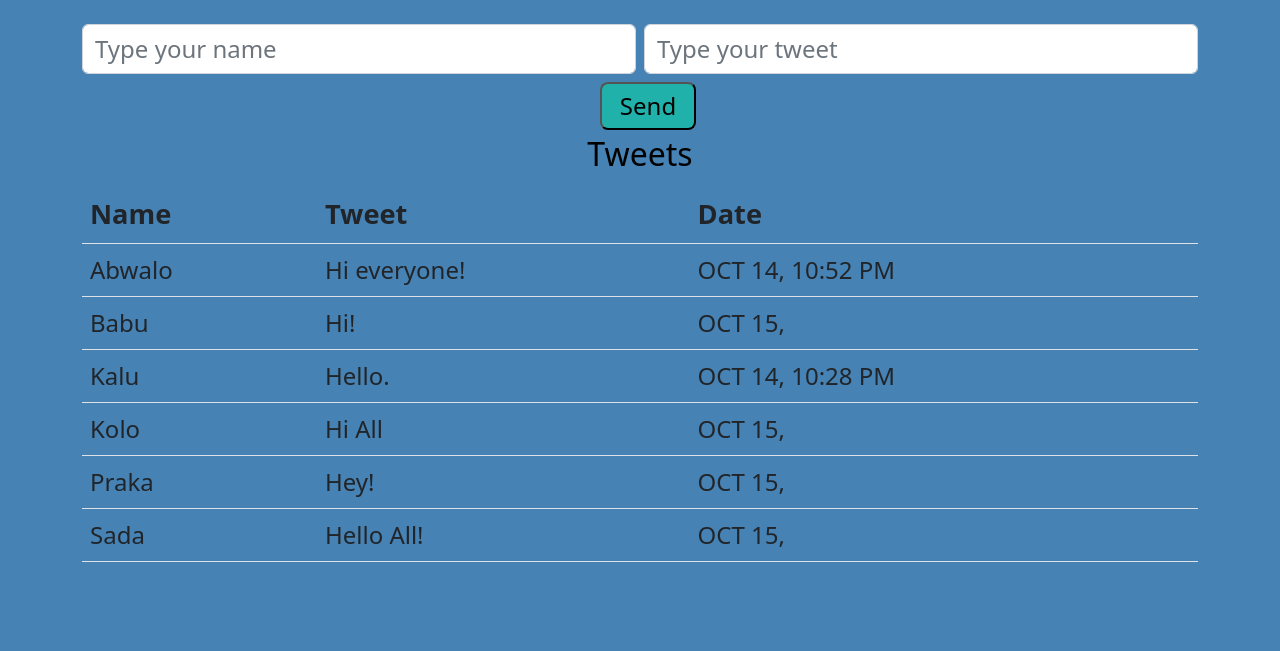
Repository: ShindanoSingi/poor-man-tweeter
Page: http://localhost/
An editor plug-in stored every save of this project. The page is shown before and after the next save, followed by the edit.
The browser window is 1280 px wide. The pictures show the whole page.
Some web libraries are served in a nearby version. The page is served by the project's application, run on Django 4.2 (poormantweeter/manage.py). Other server files are loaded and not shown. The page reads the database file committed with the project.

Above is the page before, as saved 2022-10-14 19:37:55.

### poormantweeter/poormantweeterapp/templates/poormantweeterapp/index.html
<!DOCTYPE html>
<html lang="en">
<head>
  <meta charset="UTF-8">
  <meta name="viewport" content="width=device-width, initial-scale=1.0">
  <title>Poor Man's Tweeter</title>


  {% comment %} <script src="https://cdn.tailwindcss.com"></script> {% endcomment %}
  <link href="https://cdn.jsdelivr.net/npm/bootstrap@5.2.2/dist/css/bootstrap.min.css" rel="stylesheet" integrity="sha384-Zenh87qX5JnK2Jl0vWa8Ck2rdkQ2Bzep5IDxbcnCeuOxjzrPF/et3URy9Bv1WTRi" crossorigin="anonymous">
  <link type="text/css"  href="/css/style.css">
  <script src="https://cdn.jsdelivr.net/npm/bootstrap@5.2.2/dist/js/bootstrap.bundle.min.js" integrity="sha384-OERcA2EqjJCMA+/3y+gxIOqMEjwtxJY7qPCqsdltbNJuaOe923+mo//f6V8Qbsw3" crossorigin="anonymous"></script>

  <script src="https://cdn.jsdelivr.net/npm/vue@2.7.10"></script>
  <script src="https://cdnjs.cloudflare.com/ajax/libs/axios/1.1.2/axios.min.js" integrity="sha512-bHeT+z+n8rh9CKrSrbyfbINxu7gsBmSHlDCb3gUF1BjmjDzKhoKspyB71k0CIRBSjE5IVQiMMVBgCWjF60qsvA==" crossorigin="anonymous" referrerpolicy="no-referrer"></script>

</head>
<body class="bg-[gainsboro]">
  <div id="app" class="container mt-4">
    <div class="input-textArea-bubmitButton">
      <div class="mb-2 input-textArea">
        <input v-model="author_text" type="text" id="author_text" class="form-control" placeholder="Type your name" >
        <input v-model="body_text" type="text" id="body_text" class="form-control" placeholder="Type your tweet">
    </div>
    <div class="send-button"><button type="button" class="submit-button" v-on:click="saveTweet">Send</button></div>
    </div>

    <table class="table max-w-10xl caption-top">
      <caption class="title">Tweets</caption>
      <thead class="mx-auto">
        <tr>
          <th scope="col">Name</th>
          <th scope="col">Tweet</th>
          <th scope="col">Date</th>
        </tr>
      </thead>
      <tbody>
        <tr v-for="tweet of tweets">
          <td >[[ tweet.author ]]</td>
          <td class="tdbody">[[ tweet.body ]]</td>
          <td>[[ tweet.date ]]</td>
        </tr>
      </tbody>
    </table>
  </div>


    <script>
      let app = new Vue({
        el: '#app',
        delimiters: ['[[', ']]'],
        data: {
          tweets: [],
          author_text: '',
          body_text: '',

        },
        methods: {
        saveTweet: function() {
          axios({
            url: "{% url 'poormantweeterapp:save_tweet' %}",
            method: 'post',
            data: {
              author_text: this.author_text,
              body_text: this.body_text,
            },
            headers:{
              'X-CSRFToken':'{{ csrf_token }}'
            }
          }).then(response => {
            console.log('response.data');
          })

          // Reload the page
          location.reload();
        }
        },
        created: function(){
          axios({
            url: "{% url 'poormantweeterapp:tweets' %}",
            method: 'get',
          }).then(response => {

            // Tweet array object
            this.tweets = [];

            // Assign the response from API to data.
            let data = response.data.tweet_items;

            // Loop through data array of objects and extract author name, tweet and date.
            for (let i = 0; i < data.length; i++) {
              let newDate = new Date(data[i].date)
              let stringDate = newDate.toString().split(' ')[1] + ' ' + newDate.toString().split(' ')[2];
              let hour = newDate.toString().split(' ')[4].substring(0,2)

              //let formattedAuthorName = ''
              //formattedAuthorName = data[i].author.charAt(0).toUpperCase() + data[i].author.substring(1)

              // Format time to show  from 1 to 12 AM or PM
              let time = '';
              if(hour === '12'){
                time += '12' + ':' + newDate.toString().split(' ')[4].substring(3,5) + ' PM'
              }
              if(hour === '13'){
                time += '1' + ':' + newDate.toString().split(' ')[4].substring(3,5) + ' PM'
              }
              if(hour === '14'){
                time += '2' + ':' + newDate.toString().split(' ')[4].substring(3,5) + ' PM'
              }
              if(hour === '15'){
                time += '3' + ':' + newDate.toString().split(' ')[4].substring(3,5) + ' PM'
              }
              if(hour === '16'){
                time += '4' + ':' + newDate.toString().split(' ')[4].substring(3,5) + ' PM'
              }
              if(hour === '17'){
                time += '5' + ':' + newDate.toString().split(' ')[4].substring(3,5) + ' PM'
              }
              if(hour === '18'){
                time += '6' + ':' + newDate.toString().split(' ')[4].substring(3,5) + ' PM'
              }
              if(hour === '19'){
                time += '7' + ':' + newDate.toString().split(' ')[4].substring(3,5) + ' PM'
              }
              if(hour === '20'){
                time += '8' + ':' + newDate.toString().split(' ')[4].substring(3,5) + ' PM'
              }
              if(hour === '21'){
                time += '9' + ':' + newDate.toString().split(' ')[4].substring(3,5) + ' PM'
              }
              if(hour === '22'){
                time += '10' + ':' + newDate.toString().split(' ')[4].substring(3,5) + ' PM'
              }
              if(hour === '23'){
                time += '11' + ':' + newDate.toString().split(' ')[4].substring(3,5) + ' PM'
              }
              if(hour === '24'){
                time += '12' + ':' + newDate.toString().split(' ')[4].substring(3,5) + ' AM'
              }
              if(hour === '01'){
                time += '1' + ':' + newDate.toString().split(' ')[4].substring(3,5) + ' AM'
              }
              if(hour === '02'){
                time += '2' + ':' + newDate.toString().split(' ')[4].substring(3,5) + ' AM'
              }
              if(hour === '03'){
                time += '3' + ':' + newDate.toString().split(' ')[4].substring(3,5) + ' AM'
              }
              if(hour === '04'){
                time += '4' + ':' + newDate.toString().split(' ')[4].substring(3,5) + ' AM'
              }
              if(hour === '05'){
                time += '5' + ':' + newDate.toString().split(' ')[4].substring(3,5) + ' AM'
              }
              if(hour === '06'){
                time += '6' + ':' + newDate.toString().split(' ')[4].substring(3,5) + ' AM'
              }
              if(hour === '07'){
                time += '7' + ':' + newDate.toString().split(' ')[4].substring(3,5) + ' AM'
              }
              if(hour === '08'){
                time += '8' + ':' + newDate.toString().split(' ')[4].substring(3,5) + ' AM'
              }
              if(hour === '09'){
                time += '9' + ':' + newDate.toString().split(' ')[4].substring(3,5) + ' AM'
              }
              if(hour === '10'){
                time += '10' + ':' + newDate.toString().split(' ')[4].substring(3,5) + ' AM'
              }
              if(hour === '11'){
                time += '11' + ':' + newDate.toString().split(' ')[4].substring(3,5) + ' AM'
              }

              // Format date
              let formattedDate = stringDate.toUpperCase() + ', ' + time;

              // Push data of interest in an array of objects
              this.tweets.push({
                author: data[i].author,
                body: data[i].body,
                date: formattedDate,
            })
          }
        });
        }
      });
    </script>


    {% comment %} Stylesheet {% endcomment %}
    <style>

      body {
        background-color: steelblue;
      }

      .container {
        margin: 0 auto;
      }

      @media (min-width: 320px) {

        .title{
          font-size: 1.2rem;
          text-align: center;
          color: black;
        }

      .container {
        margin: 0 auto;
      }

      th{
        font-size: 1rem;
      }

      td{
        font-size: 0.8rem;
      }

      .submit-button{
        width: 4.5rem;
        height: 2rem;
        border-radius: 0.5rem;
        background-color: lightseagreen;
        font-size: 1rem;
      }

      .input-textArea{
        display: flex;
        align-items: center;
        gap:  0.5rem;
      }
    }

    @media (min-width: 375px) {

      .title{
        font-size: 1.5rem;
        text-align: center;
        color: black;
      }

    .container {
      margin: 0 auto;
    }

    th{
      font-size: 1.2rem;
    }

    td{
      font-size: 1rem;
    }

    input[type='text']{
      font-size: 1rem;
    }
  }

  @media (min-width: 768px) {

    .title{
      font-size: 2rem;
      text-align: center;
      color: black;
    }

    input::placeholder{
      font-size: 1.5rem;
    }

    .container {
      margin: 0 auto;
    }

  th{
    font-size: 1.6rem;
  }

  td{
    font-size: 1.5rem;
  }

  .submit-button{
    width: 6rem;
    height: 3rem;
    border-radius: 0.5rem;
    background-color: lightseagreen;
    font-size: 1.5rem;
  }

  input[type='text']{
    font-size: 1.2rem;
  }

  #body_text::placeholder{
    font-size: 1.5rem;
    background-color
    display: flex;
    align-items: center;
    gap:  0.5rem;
  }
}

@media (min-width: 1024px) {

  .title{
    font-size: 2rem;
    text-align: center;
    color: black;
  }

  .container {
    margin: 0 auto;
  }

th{
  font-size: 1.7rem;
}

td{
  font-size: 1.5rem;
}

.send-button{
  width: 5rem;
  height: 2.5rem;
  border-radius: 0.5rem;
  background-color: lightseagreen;
  font-size: 1.2rem;
  margin: 0 auto;
}

input[type='text']{
  font-size: 1.5rem;
}

#body_text::placeholder{
  font-size: 1.5rem;
  background-color
  display: flex;
  align-items: center;
  gap:  0.5rem;
}
}
    </style>

</body>
</html>

### poormantweeter/poormantweeterapp/views.py
from django.utils import timezone
import json
from django.shortcuts import render
from django.http import HttpResponse, JsonResponse
from .models import Tweet


# Create your views here.
def index(request):
     return render(request, 'poormantweeterapp/index.html')

# get all tweets ==> this is basically a GET request.
def tweets(request):

     # Order data by author name and date.
     tweet_items = Tweet.objects.order_by("author", "date")

     # Create a dictionary to hold all the tweets.
     data = {
          'tweet_items':[]
     }

     # Loop through all the tweets and add them to the dictionary.
     for tweet_item in tweet_items:
          data['tweet_items'].append({
               'author': tweet_item.author,
               'body': tweet_item.body,
               'date': tweet_item.date,
          })

     return JsonResponse(data)

def save_tweet(request):

     data = json.loads(request.body)

     author_text = data['author_text']
     body_text = data['body_text']

     # Ensure both author input text and body text have data before saving to the database.
     if ((len(author_text) > 0) and (len(body_text) > 0)):

          # Capture the new tweet object to the database
          tweet_item = Tweet(author=author_text, body=body_text, date=timezone.now())

          # Save input information to the database.
          tweet_item.save()

     else:
          print ('Ok')

### poormantweeter/poormantweeter/urls.py

from django.contrib import admin
from django.urls import path, include

urlpatterns = [
    path('admin/', admin.site.urls),
    path('', include('poormantweeterapp.urls'))
]

### poormantweeter/poormantweeterapp/urls.py

# import views and path
from django.urls import path
from . import views

app_name = 'poormantweeterapp'

urlpatterns = [
     path('', views.index, name='index'),
     path('tweets/', views.tweets, name='tweets'),
     path('savetweet/', views.save_tweet, name='save_tweet'),
]

### poormantweeter/poormantweeterapp/models.py
from django.db import models

# Create Tweet models.
class Tweet(models.Model):
     author = models.CharField(max_length=200)
     body = models.TextField(max_length=50)
     date = models.DateTimeField(auto_now_add=True)

     def __str__(self):
          return self.author

### poormantweeter/db.sqlite3 (the tables this page reads, as SQL)
CREATE TABLE "poormantweeterapp_tweet" ("id" integer NOT NULL PRIMARY KEY AUTOINCREMENT, "author" varchar(200) NOT NULL, "body" text NOT NULL, "date" datetime NOT NULL);
INSERT INTO "poormantweeterapp_tweet" VALUES
(72, 'Kalu', 'Hello.', '2022-10-14 22:28:59.595354'),
(79, 'Abwalo', 'Hi everyone!', '2022-10-14 22:52:50.175939'),
(81, 'Kolo', 'Hi All', '2022-10-15 00:25:55.742057'),
(82, 'Sada', 'Hello All!', '2022-10-15 00:30:41.557252'),
(83, 'Praka', 'Hey!', '2022-10-15 00:30:52.340784'),
(84, 'Babu', 'Hi!', '2022-10-15 00:31:02.427139');

After the next save:
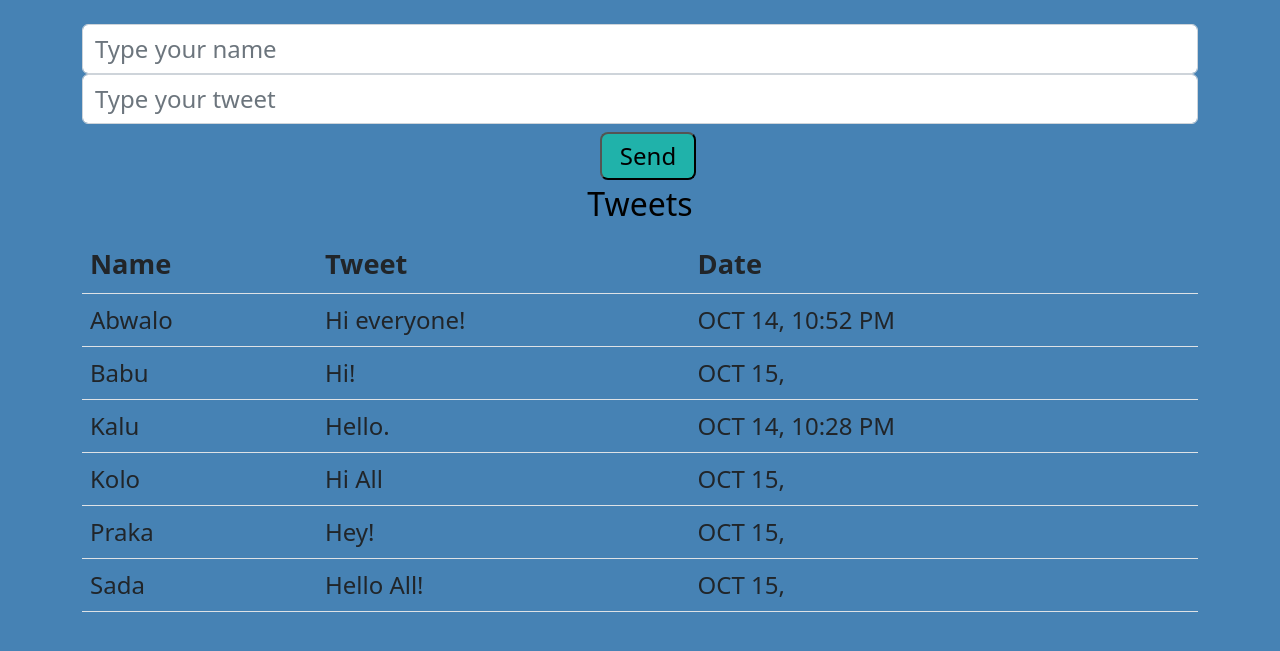
Saved 24 s later.
--- a/poormantweeter/poormantweeterapp/templates/poormantweeterapp/index.html
+++ b/poormantweeter/poormantweeterapp/templates/poormantweeterapp/index.html
@@ -226,10 +226,8 @@
         font-size: 1rem;
       }
 
-      .input-textArea{
-        display: flex;
-        align-items: center;
-        gap:  0.5rem;
+      input[type='text']{
+        font-size: 0.8rem;
       }
     }
 

After the 2 saves that followed:
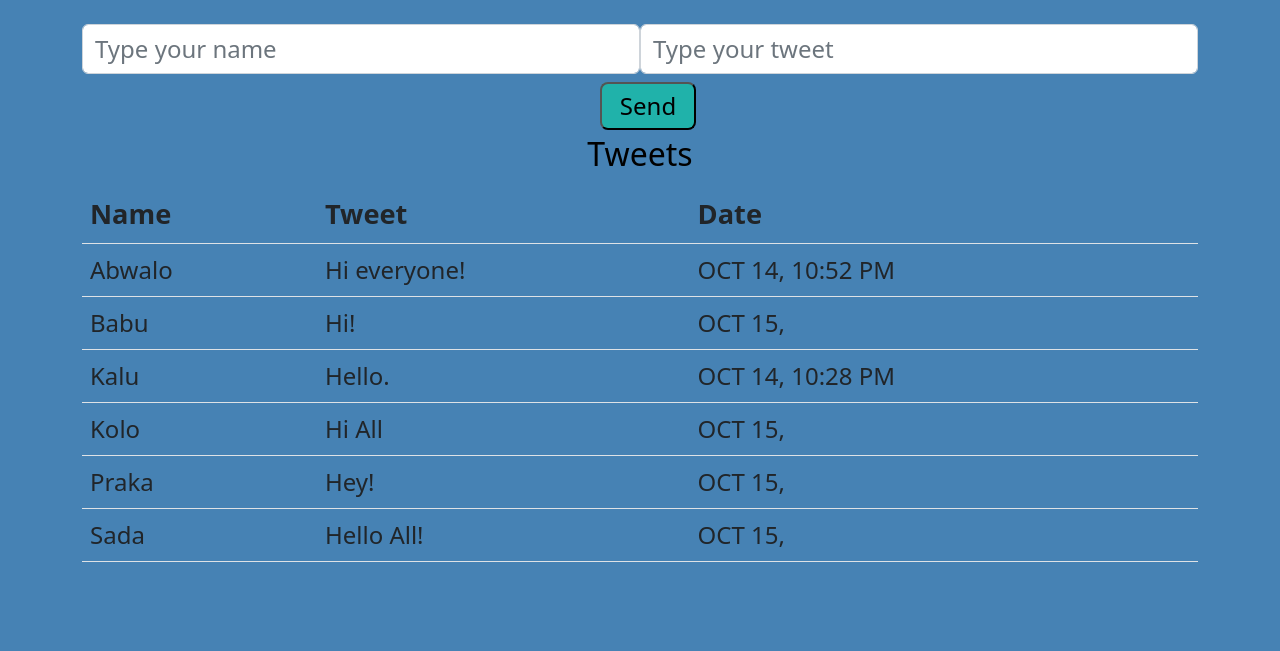
The 2 saves are shown as one change because 1 left the picture as it was.
The last was saved 105 s later.
--- a/poormantweeter/poormantweeterapp/templates/poormantweeterapp/index.html
+++ b/poormantweeter/poormantweeterapp/templates/poormantweeterapp/index.html
@@ -18,7 +18,7 @@
 <body class="bg-[gainsboro]">
   <div id="app" class="container mt-4">
     <div class="input-textArea-bubmitButton">
-      <div class="mb-2 input-textArea">
+      <div class="mb-2 inputs-container">
         <input v-model="author_text" type="text" id="author_text" class="form-control" placeholder="Type your name" >
         <input v-model="body_text" type="text" id="body_text" class="form-control" placeholder="Type your tweet">
     </div>
@@ -198,6 +198,10 @@
         margin: 0 auto;
       }
 
+      .inputs-container{
+        display: flex;
+      }
+
       @media (min-width: 320px) {
 
         .title{
